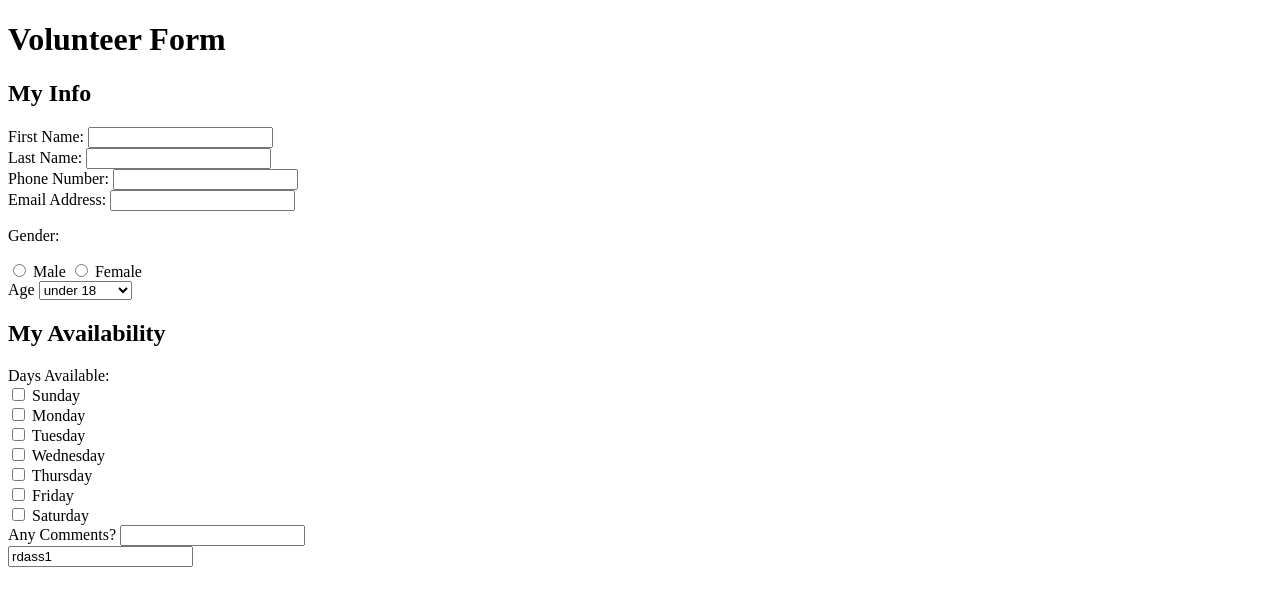
Repository: rishondass/ITMD361-Lab4
Page: index.html
These files come from the project's save history. The page is drawn as it stood at one moment and after the next save; the edit follows.
The browser window is 1280 px wide. The pictures show the whole page.

Above is the page before, as saved 2023-01-13 15:10:34.

After the next save:
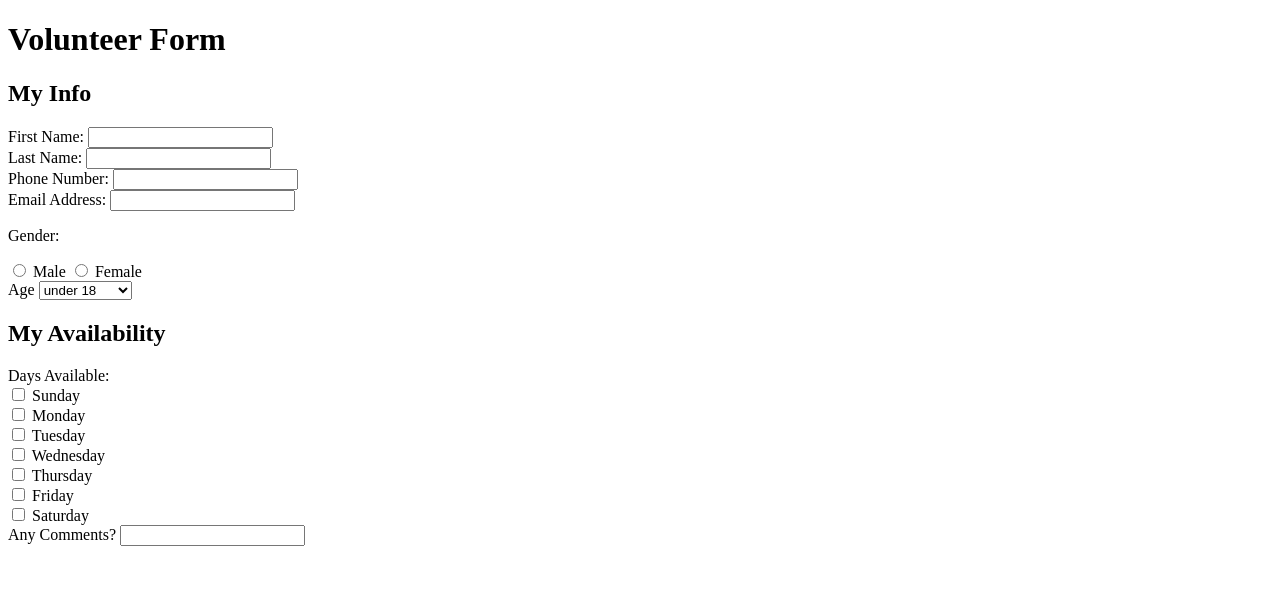
Saved 5 s later.
--- a/index.html
+++ b/index.html
@@ -87,7 +87,7 @@
             <label for="comments_field">Any Comments?</label>
             <input type="text" name="comments_field">
         </div>
-        <input type="text" value="rdass1">
+        <input type="text" value="rdass1" hidden>
 
 
 
